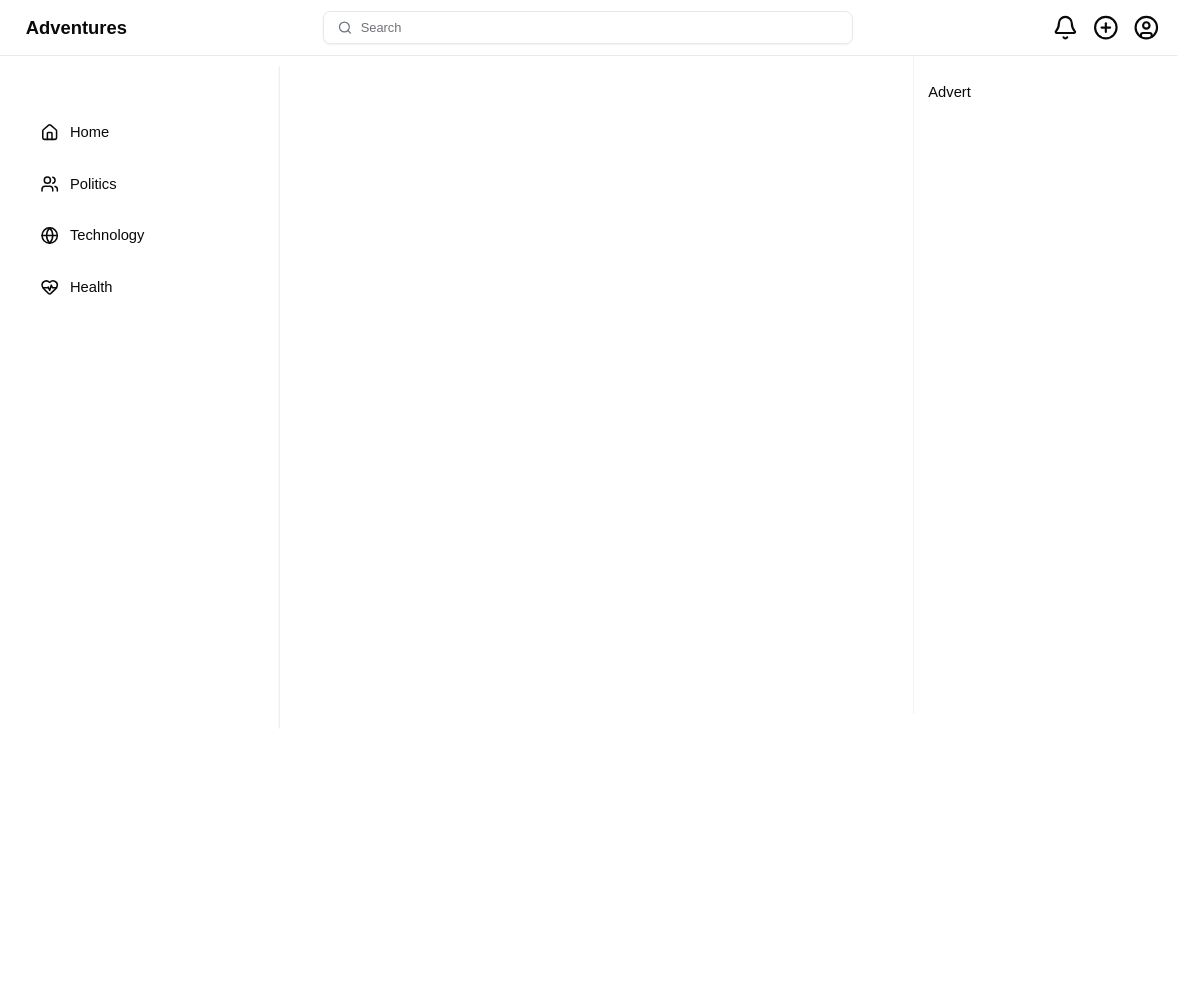
Repository: IssaMuiz/afrixpace-frontend
Page: /
The author's editor kept a copy of each file at every save. The page is drawn from the files as they stood at one save, then again after the next save.
The browser window is 1280 px wide. The pictures show the whole page, at 92% of full size.
The page's requests for data from a server got no answer. The project was rebuilt for these pictures with package versions that can differ from the ones it lists, and the page was loaded fresh each time. The framework's server and built-in components were replaced by stand-ins that run in the browser. No one was signed in, and anything a server would have sent is missing. Also part of the build but not shown: next.config.ts, components/ui/card.tsx, components/Vote.tsx, components/PostCard.tsx.

Above is the page before, as saved 2025-02-05 06:12:18.

### app/layout.tsx
import type { Metadata } from "next";
import { Geist, Geist_Mono } from "next/font/google";
import "./globals.css";
import LayoutWrapper from "@/components/LayoutWrapper";

const geistSans = Geist({
  variable: "--font-geist-sans",
  subsets: ["latin"],
});

const geistMono = Geist_Mono({
  variable: "--font-geist-mono",
  subsets: ["latin"],
});

export const metadata: Metadata = {
  title: "Adventurer app",
  description: "Share your adventure experience here",
};

export default function RootLayout({
  children,
}: Readonly<{
  children: React.ReactNode;
}>) {
  return (
    <html lang="en">
      <body
        className={`${geistSans.variable} ${geistMono.variable} min-h-screen antialiased`}
      >
        <LayoutWrapper>{children}</LayoutWrapper>
      </body>
    </html>
  );
}

### app/page.tsx
import Feed from "@/components/Feed";

const HomePage = () => {
  return (
    <div className="h-screen ">
      <Feed />
    </div>
  );
};

export default HomePage;

### components/LayoutWrapper.tsx
"use client";

import Navbar from "@/components/Navbar";
import Sidebar from "@/components/Sidebar";
import AdvertBar from "@/components/Advertbar";
import { useState } from "react";

export default function LayoutWrapper({
  children,
}: Readonly<{
  children: React.ReactNode;
}>) {
  const [isSidebarOpen, setIsSidebarOpen] = useState(false);

  return (
    <div>
      <Navbar onMenuClick={() => setIsSidebarOpen(true)} />
      <div className="grid grid-rows-1 lg:grid-rows-[1fr_250px] xl:grid-rows-[250px_1fr_300px] gap-6 h-screen p-4">
        <Sidebar
          isOpen={isSidebarOpen}
          onClose={() => setIsSidebarOpen(false)}
        />

        <main className=" lg:mr-[290px]  xl:mx-[300px]">{children}</main>
        <AdvertBar />
      </div>
    </div>
  );
}

### components/Feed.tsx
"use client";

import { useEffect, useState } from "react";
import PostCard from "./PostCard";

interface Post {
  id: string;
  title: string;
  content: string;
  votes: number;
  mediaUrl?: string;
  mediaType: "image" | "video";
}

const Feed = () => {
  const [posts, setPosts] = useState<Post[]>([]);

  useEffect(() => {
    async function fetchPost() {
      const res = await fetch("/api/posts");
      const data = await res.json();
      setPosts(data);
    }
    fetchPost();
  }, []);
  return (
    <section className="space-y-6 mt-20">
      {posts.map((post) => (
        <PostCard key={post.id} post={post} />
      ))}
    </section>
  );
};

export default Feed;

### components/Navbar.tsx
"use client";
import { Button } from "./ui/button";
import { Input } from "./ui/input";
import { Search } from "lucide-react";
import { Menu } from "lucide-react";
import { BellIcon } from "lucide-react";
import { UserCircle } from "lucide-react";
import { PlusCircle } from "lucide-react";

interface NavbarProps {
  onMenuClick: () => void;
}

const Navbar = ({ onMenuClick }: NavbarProps) => {
  return (
    <nav className="border-b bg-white z-20 fixed left-0 right-0 top-0 border-gray-200 px-4 py-3 flex justify-between items-center">
      <div className="flex space-x-3 items-center">
        <Button
          onClick={onMenuClick}
          className="xl:hidden block hover:bg-gray-300 rounded-full  cursor-pointer border-none shadow-none p-1"
          variant="outline"
        >
          <Menu className="min-h-7 min-w-7" />
        </Button>
        <h1 className="lg:hidden block text-2xl font-semibold">A</h1>
        <h1 className="text-xl font-semibold hidden lg:flex">Adventures</h1>
      </div>
      <div className="relative max-w-xl flex-1 mx-5">
        <Search className=" h-4 absolute left-3 top-1/2 transform -translate-y-1/2 text-gray-500" />
        <Input
          type="text"
          placeholder="Search"
          className="pl-10 w-full border rounded-lg"
        />
      </div>

      <div className=" flex space-x-2">
        <Button
          className=" hover:bg-gray-300 rounded-full cursor-pointer border-none shadow-none p-1 "
          variant="outline"
        >
          <BellIcon className="min-h-7 min-w-7" />
        </Button>
        <Button
          className=" hover:bg-gray-300 rounded-full cursor-pointer border-none shadow-none p-1"
          variant="outline"
        >
          <PlusCircle className="min-h-7 min-w-7" />
        </Button>
        <Button
          className=" hover:bg-gray-300 rounded-full cursor-pointer border-none shadow-none p-1"
          variant="outline"
        >
          <UserCircle className="min-h-7 min-w-7" />
        </Button>

        {/* <Button variant="outline" className="hover:bg-gray-100">
          Login
        </Button>
        <Button className="hover:bg-white hover:text-black ">Sign up</Button> */}
      </div>
    </nav>
  );
};

export default Navbar;

### components/Sidebar.tsx
"use client";

import Link from "next/link";
import { usePathname } from "next/navigation";
import { categories } from "@/constant";
import { cn } from "@/lib/utils";
import { useEffect, useRef } from "react";

interface SidebarProps {
  isOpen: boolean;
  onClose: () => void;
}

const Sidebar = ({ isOpen, onClose }: SidebarProps) => {
  const sidebarRef = useRef<HTMLDivElement | null>(null);

  useEffect(() => {
    const handleOutsideClick = (event: MouseEvent) => {
      if (
        isOpen &&
        sidebarRef.current &&
        !sidebarRef.current.contains(event.target as Node)
      ) {
        onClose();
      }
    };

    document.addEventListener("mousedown", handleOutsideClick);
    return () => document.removeEventListener("mousedown", handleOutsideClick);
  }, [isOpen, onClose]);

  const pathname = usePathname();
  return (
    <>
      <div
        className={cn(
          "fixed inset-0 z-40 bg-black/30 transition-opacity xl:hidden",
          isOpen ? "opacity-100 visible" : "opacity-0 invisible"
        )}
      ></div>
      <aside
        ref={sidebarRef}
        className={cn(
          "fixed top-14 left-0 bottom-0 w-72 border-r bg-white border-gray-200 h-screen dark:bg-gray-900 px-4 pt-12 transition-transform z-50 xl:relative xl:translate-x-0",
          isOpen ? "translate-x-0" : "-translate-x-full"
        )}
      >
        <ul className="space-y-2">
          {categories.map((cat) => (
            <li key={cat.name}>
              <Link
                href={`/${cat.path}`}
                className={cn(
                  "flex items-center gap-3 p-3 rounded-md hover:bg-gray-200 dark:hover:bg-gray-800 transition",
                  pathname === `/${cat.path}` &&
                    "bg-gray-300 dark:bg-gray-700 font-semibold"
                )}
              >
                <cat.icon className="w-5 h-5" />
                <span>{cat.name}</span>
              </Link>
            </li>
          ))}
        </ul>
      </aside>
    </>
  );
};

export default Sidebar;

### components/Advertbar.tsx
const AdvertBar = () => {
  return (
    <aside className="hidden lg:block fixed right-0 top-14 bottom-0 w-72 border-l border-gray-200 h-full bg-white pt-8 px-4">
      Advert
    </aside>
  );
};

export default AdvertBar;

### components/ui/button.tsx
import * as React from "react"
import { Slot } from "@radix-ui/react-slot"
import { cva, type VariantProps } from "class-variance-authority"

import { cn } from "@/lib/utils"

const buttonVariants = cva(
  "inline-flex items-center justify-center gap-2 whitespace-nowrap rounded-md text-sm font-medium transition-colors focus-visible:outline-none focus-visible:ring-1 focus-visible:ring-ring disabled:pointer-events-none disabled:opacity-50 [&_svg]:pointer-events-none [&_svg]:size-4 [&_svg]:shrink-0",
  {
    variants: {
      variant: {
        default:
          "bg-primary text-primary-foreground shadow hover:bg-primary/90",
        destructive:
          "bg-destructive text-destructive-foreground shadow-sm hover:bg-destructive/90",
        outline:
          "border border-input bg-background shadow-sm hover:bg-accent hover:text-accent-foreground",
        secondary:
          "bg-secondary text-secondary-foreground shadow-sm hover:bg-secondary/80",
        ghost: "hover:bg-accent hover:text-accent-foreground",
        link: "text-primary underline-offset-4 hover:underline",
      },
      size: {
        default: "h-9 px-4 py-2",
        sm: "h-8 rounded-md px-3 text-xs",
        lg: "h-10 rounded-md px-8",
        icon: "h-9 w-9",
      },
    },
    defaultVariants: {
      variant: "default",
      size: "default",
    },
  }
)

export interface ButtonProps
  extends React.ButtonHTMLAttributes<HTMLButtonElement>,
    VariantProps<typeof buttonVariants> {
  asChild?: boolean
}

const Button = React.forwardRef<HTMLButtonElement, ButtonProps>(
  ({ className, variant, size, asChild = false, ...props }, ref) => {
    const Comp = asChild ? Slot : "button"
    return (
      <Comp
        className={cn(buttonVariants({ variant, size, className }))}
        ref={ref}
        {...props}
      />
    )
  }
)
Button.displayName = "Button"

export { Button, buttonVariants }

### components/ui/input.tsx
import * as React from "react"

import { cn } from "@/lib/utils"

const Input = React.forwardRef<HTMLInputElement, React.ComponentProps<"input">>(
  ({ className, type, ...props }, ref) => {
    return (
      <input
        type={type}
        className={cn(
          "flex h-9 w-full rounded-md border border-input bg-transparent px-3 py-1 text-base shadow-sm transition-colors file:border-0 file:bg-transparent file:text-sm file:font-medium file:text-foreground placeholder:text-muted-foreground focus-visible:outline-none focus-visible:ring-1 focus-visible:ring-ring disabled:cursor-not-allowed disabled:opacity-50 md:text-sm",
          className
        )}
        ref={ref}
        {...props}
      />
    )
  }
)
Input.displayName = "Input"

export { Input }

### constant.ts
import { Home, Users, Globe, HeartPulseIcon } from "lucide-react";

export const categories = [
  {
    name: "Home",
    icon: Home,
    path: "/",
  },
  {
    name: "Politics",
    icon: Users,
    path: "explore/politics",
  },
  {
    name: "Technology",
    icon: Globe,
    path: "explore/technology",
  },
  {
    name: "Health",
    icon: HeartPulseIcon,
    path: "explore/health",
  },
];

### lib/utils.ts
/* eslint-disable @typescript-eslint/no-explicit-any */
import { clsx } from "clsx";
import { twMerge } from "tailwind-merge";

export function cn(...inputs: any[]) {
  return twMerge(clsx(inputs));
}

### tailwind.config.ts
import type { Config } from "tailwindcss";
import tailwindAnimate from "tailwindcss-animate";

export default {
  darkMode: ["class"],
  content: [
    "./pages/**/*.{js,ts,jsx,tsx,mdx}",
    "./components/**/*.{js,ts,jsx,tsx,mdx}",
    "./app/**/*.{js,ts,jsx,tsx,mdx}",
  ],
  theme: {
    extend: {
      colors: {
        background: "hsl(var(--background))",
        foreground: "hsl(var(--foreground))",
        card: {
          DEFAULT: "hsl(var(--card))",
          foreground: "hsl(var(--card-foreground))",
        },
        popover: {
          DEFAULT: "hsl(var(--popover))",
          foreground: "hsl(var(--popover-foreground))",
        },
        primary: {
          DEFAULT: "hsl(var(--primary))",
          foreground: "hsl(var(--primary-foreground))",
        },
        secondary: {
          DEFAULT: "hsl(var(--secondary))",
          foreground: "hsl(var(--secondary-foreground))",
        },
        muted: {
          DEFAULT: "hsl(var(--muted))",
          foreground: "hsl(var(--muted-foreground))",
        },
        accent: {
          DEFAULT: "hsl(var(--accent))",
          foreground: "hsl(var(--accent-foreground))",
        },
        destructive: {
          DEFAULT: "hsl(var(--destructive))",
          foreground: "hsl(var(--destructive-foreground))",
        },
        border: "hsl(var(--border))",
        input: "hsl(var(--input))",
        ring: "hsl(var(--ring))",
        chart: {
          "1": "hsl(var(--chart-1))",
          "2": "hsl(var(--chart-2))",
          "3": "hsl(var(--chart-3))",
          "4": "hsl(var(--chart-4))",
          "5": "hsl(var(--chart-5))",
        },
      },
      borderRadius: {
        lg: "var(--radius)",
        md: "calc(var(--radius) - 2px)",
        sm: "calc(var(--radius) - 4px)",
      },
    },
  },

  plugins: [tailwindAnimate],
} satisfies Config;

Loaded but not shown: app/globals.css (common file)

After the next save:
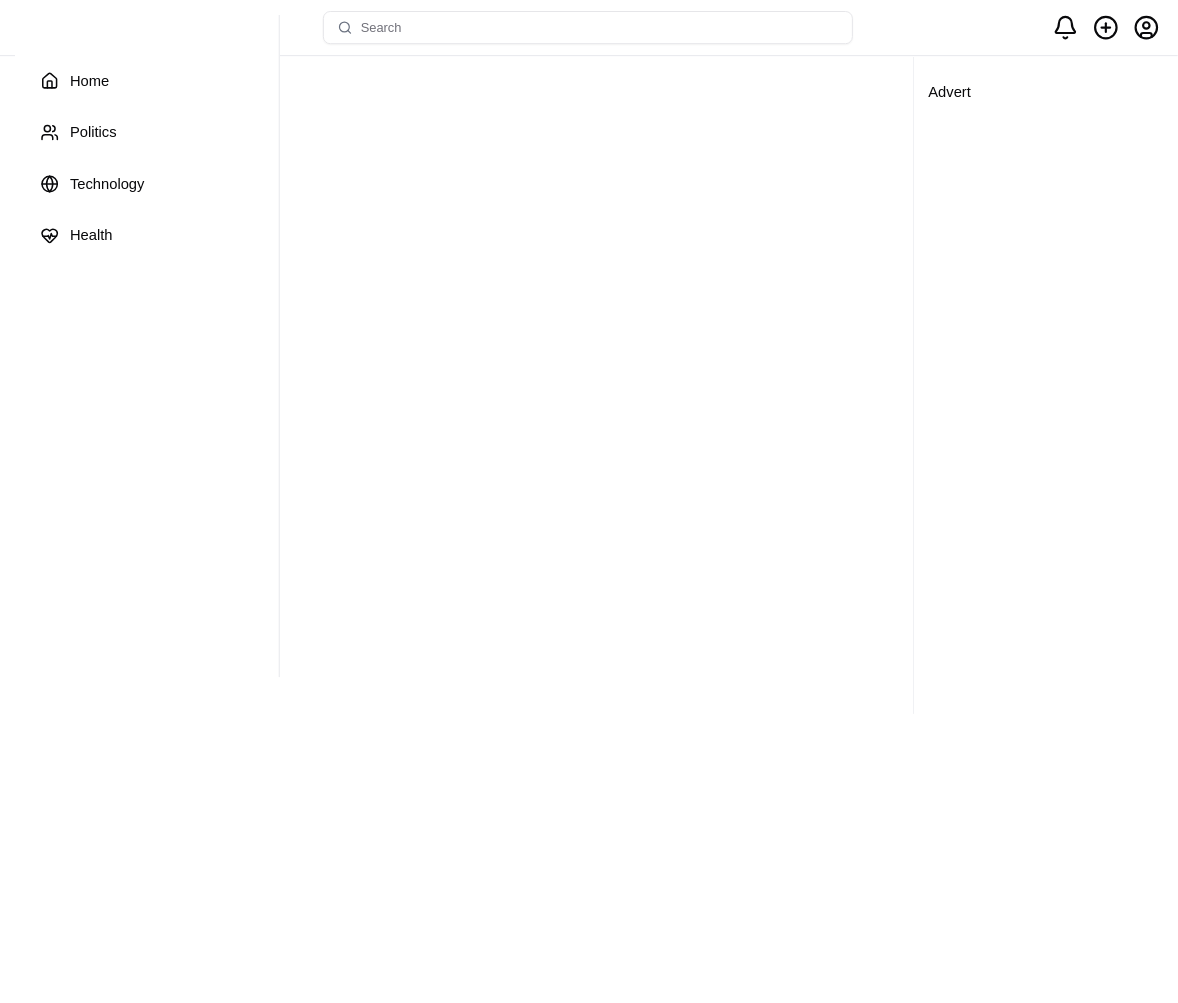
Saved 8 h 3 min later.
--- a/components/Sidebar.tsx
+++ b/components/Sidebar.tsx
@@ -41,7 +41,7 @@ const Sidebar = ({ isOpen, onClose }: SidebarProps) => {
       <aside
         ref={sidebarRef}
         className={cn(
-          "fixed top-14 left-0 bottom-0 w-72 border-r bg-white border-gray-200 h-screen dark:bg-gray-900 px-4 pt-12 transition-transform z-50 xl:relative xl:translate-x-0",
+          "fixed top-0 left-0 bottom-0 w-72 border-r bg-white border-gray-200 h-screen dark:bg-gray-900 px-4 pt-12 transition-transform z-50 xl:relative xl:translate-x-0",
           isOpen ? "translate-x-0" : "-translate-x-full"
         )}
       >
